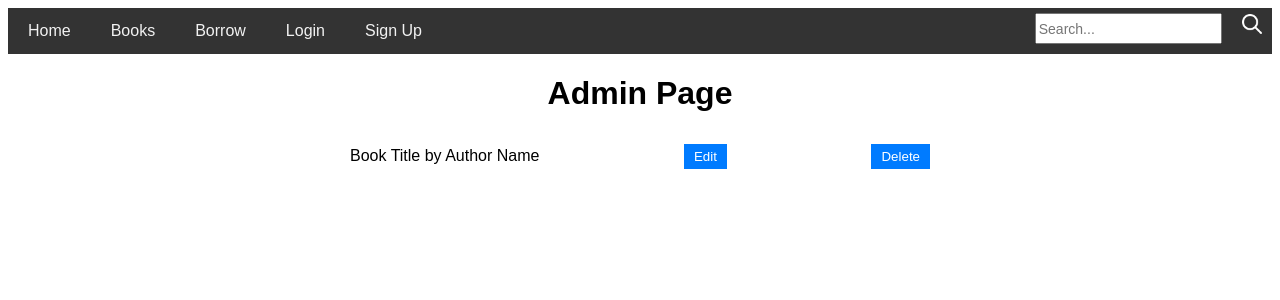
Repository: fadyesk12/Web-Technology-Course-Project
Page: auth/admin.html
An editor plug-in stored every save of this project. The page is shown before and after the next save, followed by the edit.
The browser window is 1280 px wide. The pictures show the whole page.

Above is the page before, as saved 2024-04-20 09:27:05.

After the next save:
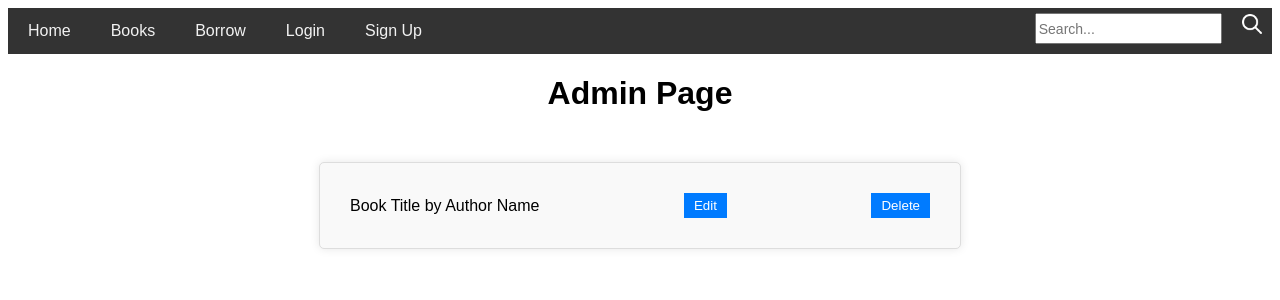
Saved 118 s later.
--- a/auth/admin.html
+++ b/auth/admin.html
@@ -23,11 +23,15 @@
         </div>
     </div>
     <h1>Admin Page</h1>
-    <div id="bookList">
-        <div class="book-row">
-            <span>Book Title by Author Name</span>
-            <button>Edit</button>
-            <button>Delete</button>
+    <div class="container">
+        <div id="bookList">
+            <!-- Example book row -->
+            <div class="book-row">
+                <span>Book Title by Author Name</span>
+                <button>Edit</button>
+                <button>Delete</button>
+            </div>
+            <!-- Add more book rows as needed -->
         </div>
     </div>
 </body>
